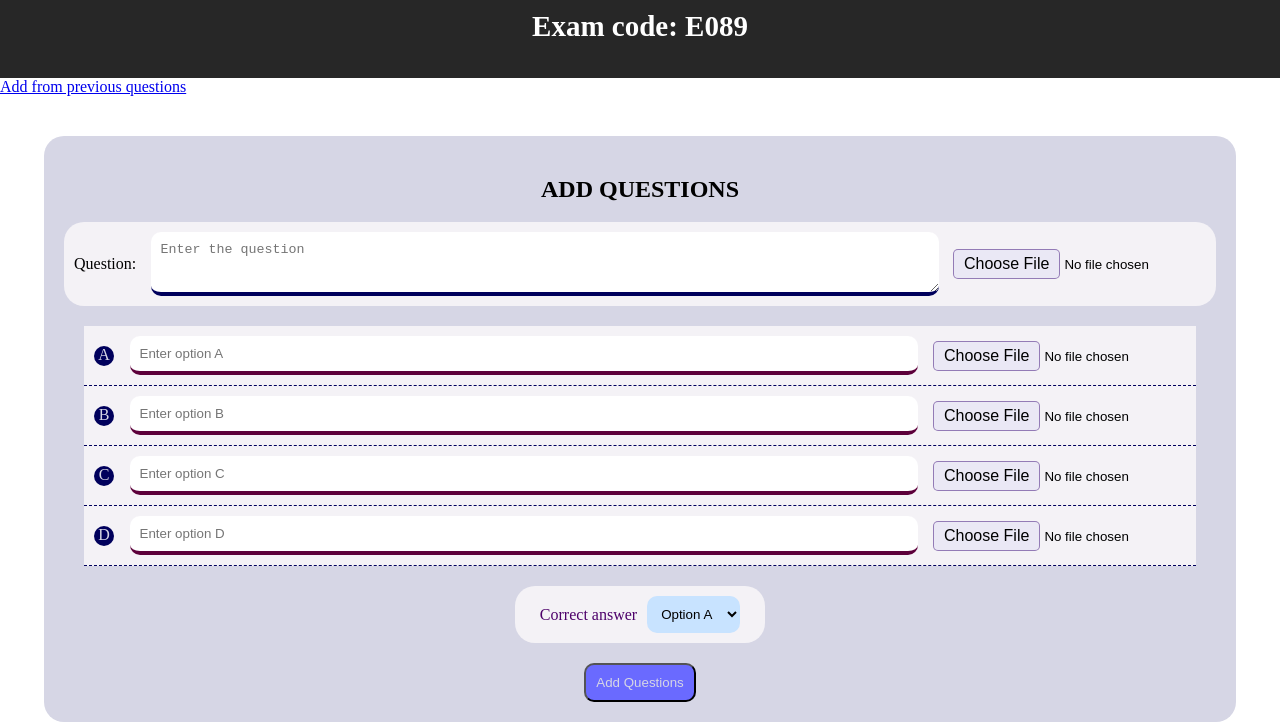
Repository: Buddhadip/ExamPortalApp_struts
Page: http://localhost/ExamWizard/WEB-INF/views/addQuestions.jsp
The author's editor kept a copy of each file at every save. The page is drawn from the files as they stood at one save, then again after the next save.
The browser window is 1280 px wide. The pictures show the whole page.
The page is served by Tomcat 9. Nobody is signed in. Other server files are loaded and not shown. The template is opened directly, without the code that normally fills it, so the values that code supplies are empty.

Above is the page before, as saved 2023-07-19 10:29:12.

### ExamWizard/src/main/webapp/WEB-INF/views/addQuestions.jsp
<%@ page language="java" contentType="text/html; charset=ISO-8859-1"
    pageEncoding="ISO-8859-1"%>
<!DOCTYPE html>
<html>
<head>
<meta charset="ISO-8859-1">
<title>Add Questions</title>
<link rel="stylesheet" href="public/styles/addQuestions.css" />
</head>
<body>
    <div id="header">Exam code: E089</div>
    <div class="more-qs">
      <a href="./allQuestions">Add from previous questions</a>
    </div>
    <div>
      <form id="mcq-form">
        <div class="question-container">
          <h2 style="text-align: center">ADD QUESTIONS</h2>
          <div class="question-section">
            <label for="question1">Question:</label>
            <textarea
              type="text"
              id="question1"
              name="q-text"
              placeholder="Enter the question"
              oninput="autoResizeTextarea(this)"
              required
            ></textarea>
            <input
              class="file-input"
              type="file"
              id="option-a-image"
              name="q-image"
              onchange="handleFileInputChange(this)"
            />
            <!-- <img id="preview-image" class="preview-image" src="" alt="Preview Image" /> -->
          </div>

          <div class="option-section">
            <div class="option">
              <label for="option-a">
              	<div class="round-option">A</div>
              </label>
              <input
                type="text"
                class="option-input"
                id="option-a-text"
                name="option-a-text"
                placeholder="Enter option A"
                required
              />
              <input
                class="file-input"
                type="file"
                id="option-a-image"
                name="option-a-image"
                onchange="handleFileInputChange(this)"
              />
            </div>

            <div class="option">
              <label for="option-b"><div class="round-option">B</div></label>
              <input
                type="text"
                class="option-input"
                id="option-b-text"
                name="option-b-text"
                placeholder="Enter option B"
                required
              />
              <input
                class="file-input"
                type="file"
                id="option-b-image"
                name="option-b-image"
                onchange="handleFileInputChange(this)"
              />
            </div>

            <div class="option">
              <label for="option-c"><div class="round-option">C</div></label>
              <input
                type="text"
                class="option-input"
                id="option-c-text"
                name="option-c-text"
                placeholder="Enter option C"
                required
              />
              <input
                class="file-input"
                type="file"
                id="option-c-image"
                name="option-c-image"
                onchange="handleFileInputChange(this)"
              />
            </div>

            <div class="option">
              <label for="option-d"><div class="round-option">D</div></label>
              <input
                type="text"
                class="option-input"
                id="option-d-text"
                name="option-d-text"
                placeholder="Enter option D"
                required
              />
              <input
                class="file-input"
                type="file"
                id="option-d-image"
                name="option-d-image"
                onchange="handleFileInputChange(this)"
              />
            </div>
          </div>
          <div class="correct-option">
            <label for="answer">Correct answer</label>
            <select class="custom-select" name="answer" id="answer">
              <option value="a">Option A</option>
              <option value="b">Option B</option>
              <option value="c">Option C</option>
              <option value="d">Option D</option>
            </select>
          </div>
          <div style="display: flex; justify-content: center; margin-top: 20px">
            <button class="add-qs-button" type="submit" class="submit-btn">
              Add Questions
            </button>
          </div>
        </div>
      </form>
    </div>
</body>
</html>

### ExamWizard/src/main/webapp/public/styles/addQuestions.css
@charset "ISO-8859-1";
body{
    margin: 0;
    padding: 0;
}

#header {
  background-color: #272727;
  height: 8vh;
  color: #fff;
  padding: 10px;
  text-align: center;
  font-size: 29px;
  font-weight: bold;
}
.question {
  background-color: #e6e6ef;
  margin-top: 20px;
  border-radius: 20px;
  padding: 20px;
}

.question label {
  display: flex;
  cursor: pointer;
  font-weight: 500;
  position: relative;
  overflow: hidden;
  margin-bottom: 0.375em;
}
.question label input {
  position: absolute;
  left: -9999px;
}
.question label input:checked + span {
  background-color: #d6d6e5;
}
.question label input:checked + span:before {
  box-shadow: inset 0 0 0 0.4375em #00005c;
}
.question label span {
  display: flex;
  align-items: center;
  padding: 0.375em 0.75em 0.375em 0.375em;
  border-radius: 99em;
  transition: 0.25s ease;
}
.question label span:hover {
  background-color: #d6d6e5;
}
.question label span:before {
  display: flex;
  flex-shrink: 0;
  content: "";
  background-color: #fff;
  width: 1.5em;
  height: 1.5em;
  border-radius: 50%;
  margin-right: 0.375em;
  transition: 0.25s ease;
  box-shadow: inset 0 0 0 0.125em #00005c;
}
.change-button2{
    cursor: pointer;
    margin: 5px;
    padding: 10px;
    border-radius: 10px;
  }

  #delete-button{
    background-color: #d50004;
    color: #ffffff;
    margin: auto;
  }
  .button-section{
    display: flex;
    justify-content: center;
    align-items: center;
    height: 80px;
  }

  #prev_problems{

    background-color: #f2f1f1;
    width: 90vw;
    margin: auto;
    border-radius: 20px;
    padding: 20px;
    margin-top: 40px;
  }
  .question-container {
    margin-bottom: 20px;
    background-color: #d6d6e5;
    width: 90vw;
    padding: 20px;
    border-radius: 20px;
    margin: auto;
    margin-top: 40px;
  }

    .question-container h3{
        margin-bottom: 20px;
    }

    .question-section{
        display: flex;
        justify-content: space-between;
        align-items: center;
        background-color: #fffdfdbb;
        border-radius: 20px;
        padding:10px;
    }

    textarea{
        width: 60vw;
        min-height: 40px;
        resize: vertical;
        border-radius: 10px;
        padding: 10px;
        border: none;
        border-bottom: #00005c 4px solid;
        overflow: hidden;
    }

    .option-input{
        width: 60vw;
        min-height: 15px;
        resize: vertical;
        border-radius: 10px;
        padding: 10px;
        border: none;
        border-bottom: #5c003a 4px solid;
        overflow: hidden;
    }

    .file-input::file-selector-button  {
        background-color: #0000e00a;
        padding: 5px 10px;
        font-size: 16px;
        border:  1px solid #32006f78;
        border-radius: 5px;
    }
    .round-option{
      display:inline-block;
      width:20px;
      height:20px;
      border-radius: 50%;
      background-color: #00005c;
      color: #d6d6e5;
      text-align: center;
    }

    .option{
      display: flex;
      justify-content: space-between;
      align-items: center;
      background-color: #fffdfdbb;
      padding: 10px;
      border-bottom: 1px dashed #00005c;
    }

    .option-section{
      margin: 20px;
    }

    .correct-option{
      background-color: #fffdfdbb;
      color: #4d006a;
      margin: 20px;
      padding: 10px;
      display: flex;
      justify-content: center;
      align-items: center;
      width: 20%;
      margin: auto;
      border-radius: 20px;
    }
    .custom-select {
      position: relative;
      font-family: Arial;
      background-color: rgb(200, 227, 255);
      padding: 10px;
      border:none;
      border-radius: 10px;
      margin-left: 10px;
    }

    .add-qs-button{
      background-color: #6a6aff;
      color: #d6d6e5;
      padding: 10px;
      border-radius: 10px;
      cursor: pointer;
      margin: auto;
    }

After the next save:
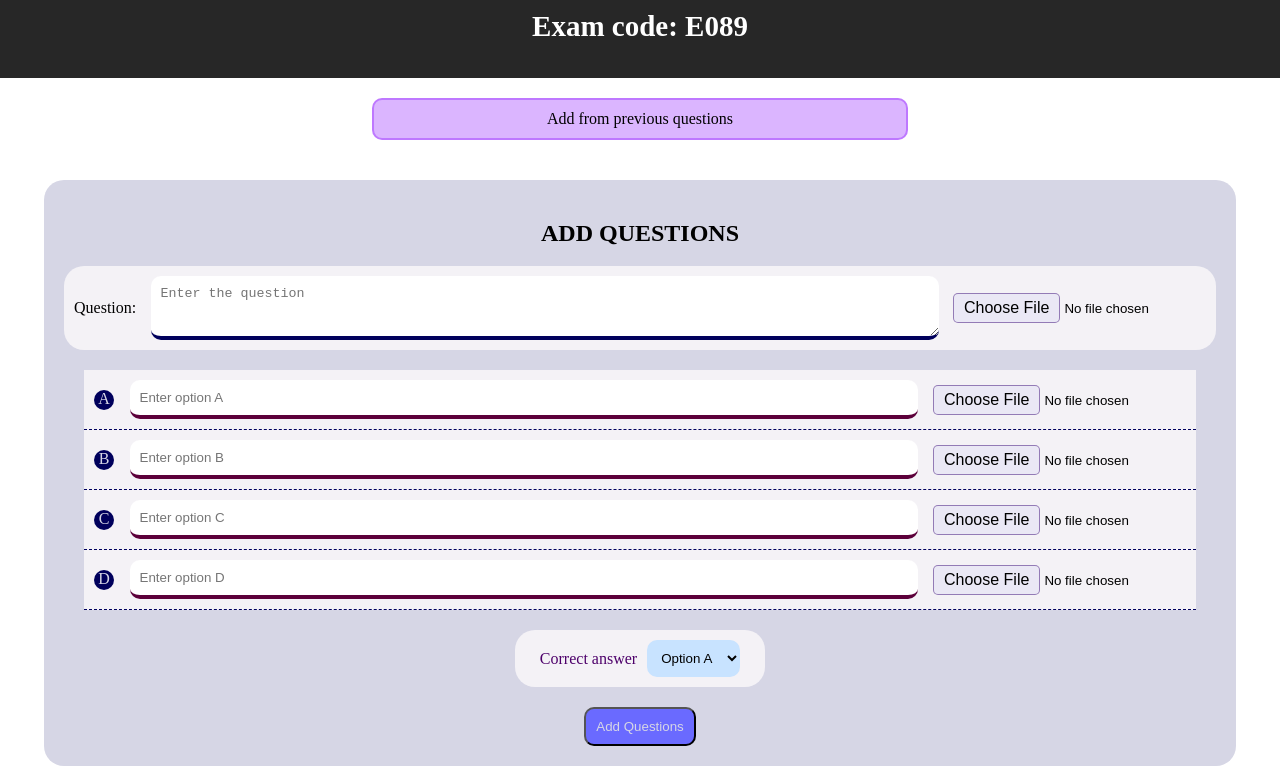
Saved 27 s later.
--- a/ExamWizard/src/main/webapp/public/styles/addQuestions.css
+++ b/ExamWizard/src/main/webapp/public/styles/addQuestions.css
@@ -193,3 +193,27 @@ body{
       cursor: pointer;
       margin: auto;
     }
+
+
+    .more-qs{
+      width: 40%;
+      margin: auto;
+      background-color: rgba(188, 116, 255, 0.533);
+      border: 2px solid rgba(188, 116, 255, 0.933);
+      color: black;
+      padding: 10px;
+      border-radius: 10px;
+      text-align: center;
+      margin-top: 20px;
+      cursor: pointer;
+    }
+
+    .more-qs:hover{
+      background-color: rgba(188, 116, 255, 0.733);
+      color: #ffffff;
+    }
+
+    .more-qs a{
+      text-decoration: none;
+      color: inherit;
+    }
